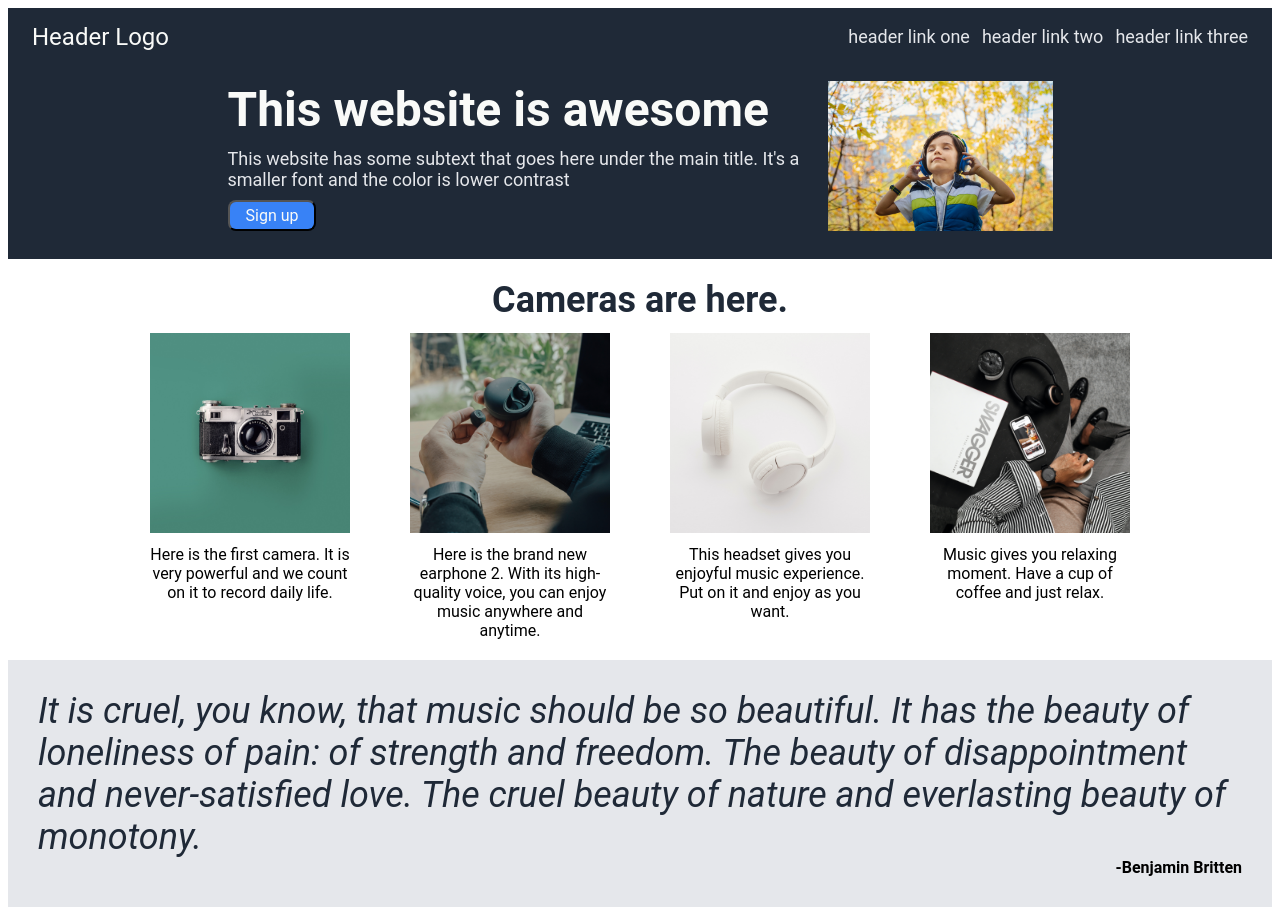
Repository: z1youRA/FirstWebsite
Page: index.html
These files come from the project's save history. The page is drawn as it stood at one moment and after the next save; the edit follows.
The browser window is 1280 px wide. The pictures show the whole page.

Above is the page before, as saved 2021-11-25 18:10:38.

### index.html
<!DOCTYPE html>
<html lang="en">
<head>
    <meta charset="UTF-8">
    <meta http-equiv="X-UA-Compatible" content="IE=edge">
    <meta name="viewport" content="width=device-width, initial-scale=1.0">
    <title>The Odin Project</title>
    <link rel="stylesheet" href="styles.css">
</head>
<body>
    <div class="hero">
        <div class="header">
            <div class="logo">Header Logo</div>
                <ul class="right-links">
                    <li><a href="google.com">header link one</a></li>
                    <li><a href="google.com">header link two</a></li>
                    <li><a href="google.com">header link three</a></li>
                </ul>
        </div>
        <div class="container">
            <div class="text">
                <div class="main">This website is awesome</div>
                <div class="secondary">This website has some subtext that goes here under the main title. It's a smaller font and the color is lower contrast</div>
                <button>Sign up</button>
            </div>
            <img src="images/hero.jpg">
        </div>
    </div>
    <div class="info">
        <div class="header">Cameras are here.</div>
        <div class="pics">
            <div class="device">
                <img src="images/img1.jpg">
                <div>Here is the first camera. It is very powerful and we count on it to record daily life.</div>
            </div>
            <div class="device">
                <img src="images/img2.jpg">
                <div>Here is the brand new earphone 2. With its high-quality voice, you can enjoy music anywhere and anytime.</div>
            </div>
            <div class="device">
                <img src="images/img3.jpg">
                <div>This headset gives you enjoyful music experience. Put on it and enjoy as you want.</div>
            </div>
            <div class="device">
                <img src="images/img4.jpg">
                <div>Music gives you relaxing moment. Have a cup of coffee and just relax.</div>
            </div>
        </div>
    </div>
    <div class="quote">
        <div class="words">It is cruel, you know, that music should be so beautiful. It has the beauty of loneliness of pain: of strength and freedom. The beauty of disappointment and never-satisfied love. The cruel beauty of nature and everlasting beauty of monotony.</div>
        <div class="author">-Benjamin Britten</div>
    </div>


</body>
</html>

### styles.css
* {
    font-family:roboto, 'Gill Sans', 'Gill Sans MT', Calibri, 'Trebuchet MS', sans-serif;
}

.hero {
    background-color: #1f2937;
    display: flex;
    flex-direction: column;
    padding-bottom: 28px;
}

.hero .header {
    display: flex;
    align-items: center;
    justify-content: space-between;
    padding: 0 24px 0;
    margin-bottom: 16px;
}

.container {
    display: flex;
    align-items: center;
    justify-content: center;
}

button {
    background-color: #3882f6;
    color: #F9FAF8;
    border-radius: 8px;
    font-size: 16px;
    padding: 4px 16px;
    align-self: flex-start;
}

.hero .text {
    display: flex;
    flex-direction: column;
    justify-content: space-between;
    height: 150px;
    max-width: 600px;
    flex-wrap: nowrap;
}

.hero img {
    max-height: 150px;
}

.header .logo {
    font-size: 24px;
    color: #F9FAF8;
}

.header .right-links {
    font-size: 18px;
    color: #e5e7eb;
    display: flex;
    flex-direction: row;
    gap: 12px;
}

.hero .main {
    font-size: 48px;
    font-weight:bolder;
    color: #F9FAF8;
}

.hero .secondary {
    font-size: 18px;
    color: #e5e7eb;
}

ul {
    list-style-type: none;
}

.header a {
    text-decoration: none;
    color: #e5e7eb;
}

.info {
    padding: 20px;
}

.device {
    display: flex;
    flex-direction: column;
    max-width: 200px;
    text-align: center;
    gap: 12px;
    flex: 0 0 auto;
}

.device img {
    max-width: 200px;
}

.info .header {
    text-align: center;
    font-size: 36px;
    font-weight: bolder;
    color: #1f2937;
    margin-bottom: 12px;
}

.info .pics {
    display: flex;
    justify-content: center;
    gap: 60px;
}

.quote {
    background-color: #e5e7eb;
    padding: 30px;
}

.quote .words {
    font-size: 36px;
    font-style: italic;
    color: #1f2937;
}

.quote .author {
    font-weight: bold;
    text-align: end;
}

After the next save:
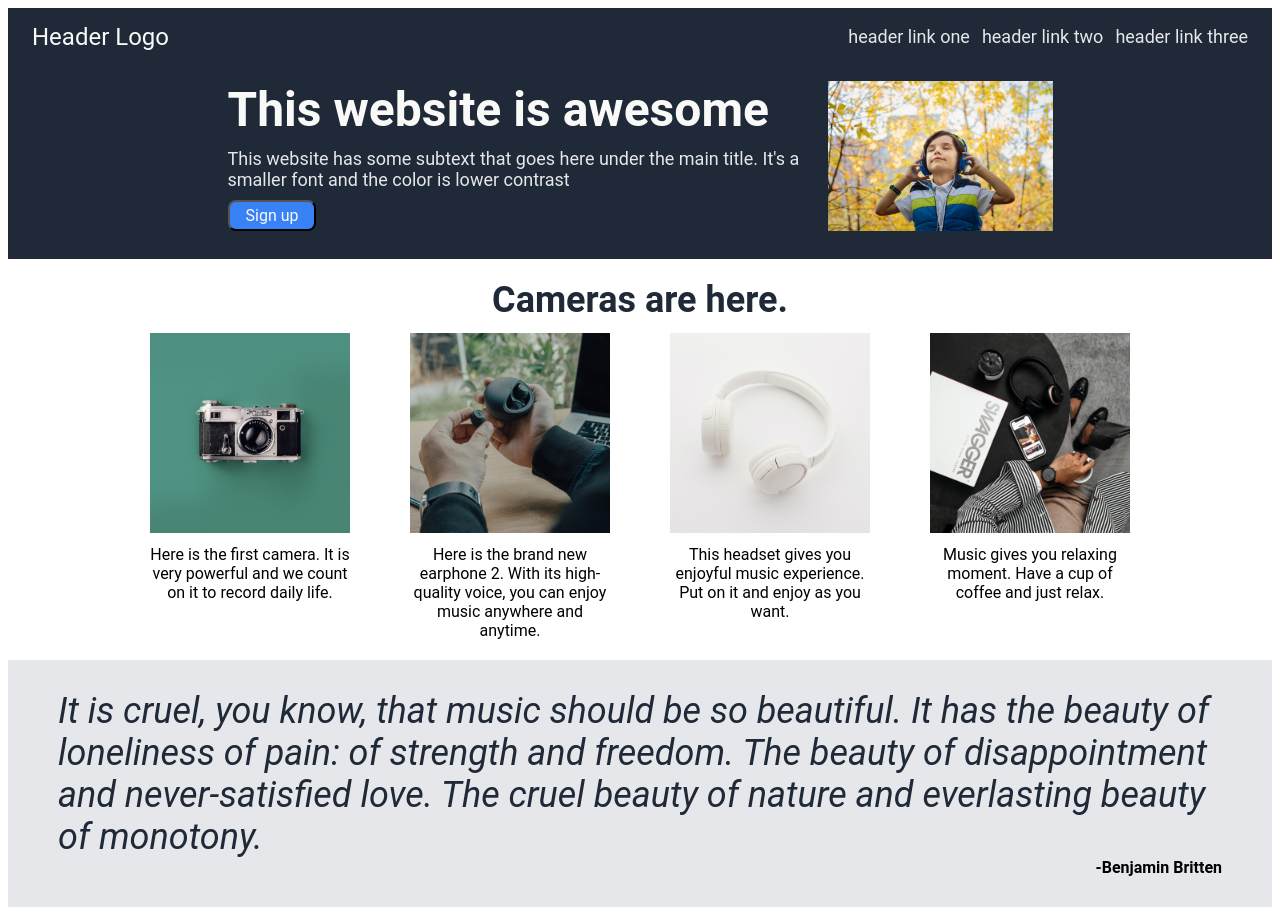
Saved 13 s later.
--- a/styles.css
+++ b/styles.css
@@ -111,7 +111,7 @@ ul {
 
 .quote {
     background-color: #e5e7eb;
-    padding: 30px;
+    padding: 30px 50px;
 }
 
 .quote .words {
